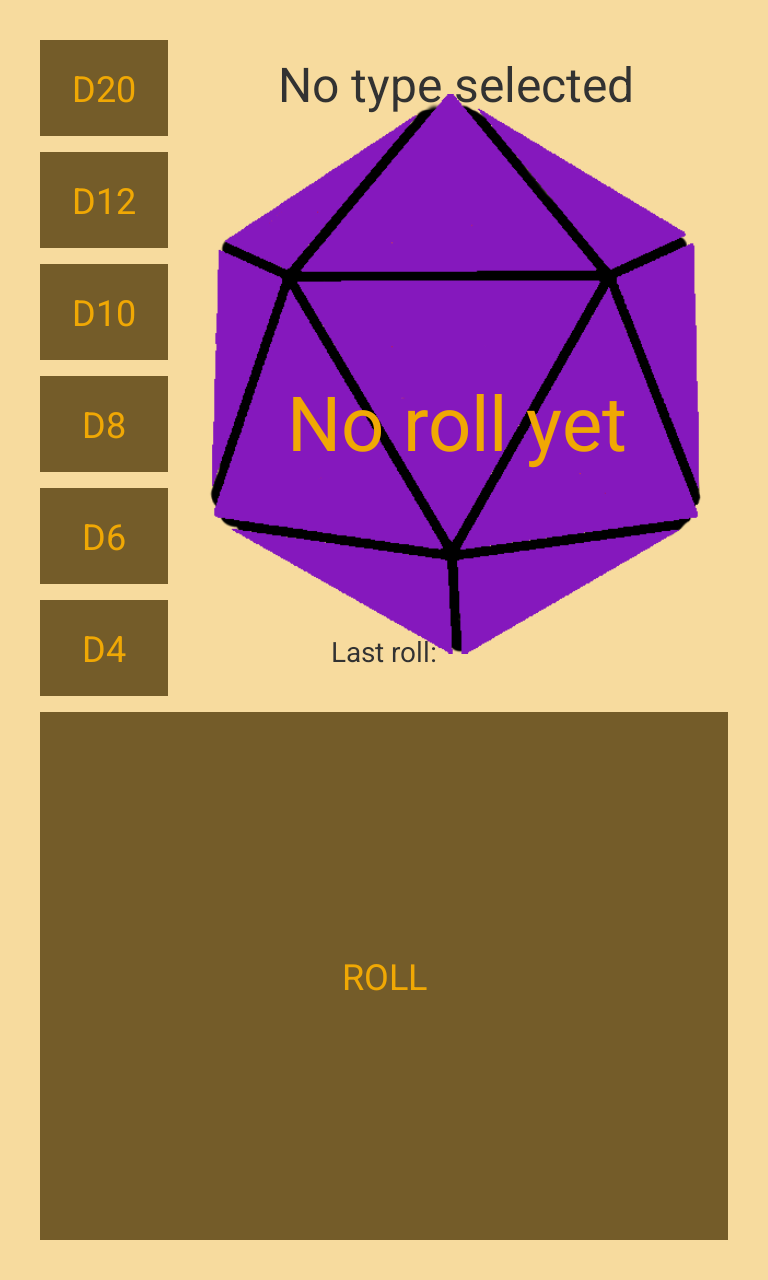
Repository: Bjodol/Roller
Layout: Roller3/res/layout/activity_main.xml
An editor plug-in stored every save of this project. The layout is shown before and after the next save, followed by the edit.
It is drawn on a 768 x 1280 px phone screen (xhdpi) without system bars, with theme AppTheme; the app's code is not run. The app's manifest (not shown) leaves right-to-left support off. So textAlignment, textDirection and layoutDirection are ignored, and left and right values win over start and end ones.

Above is the layout before, as saved 2013-08-31 10:02:07.

After the next save:
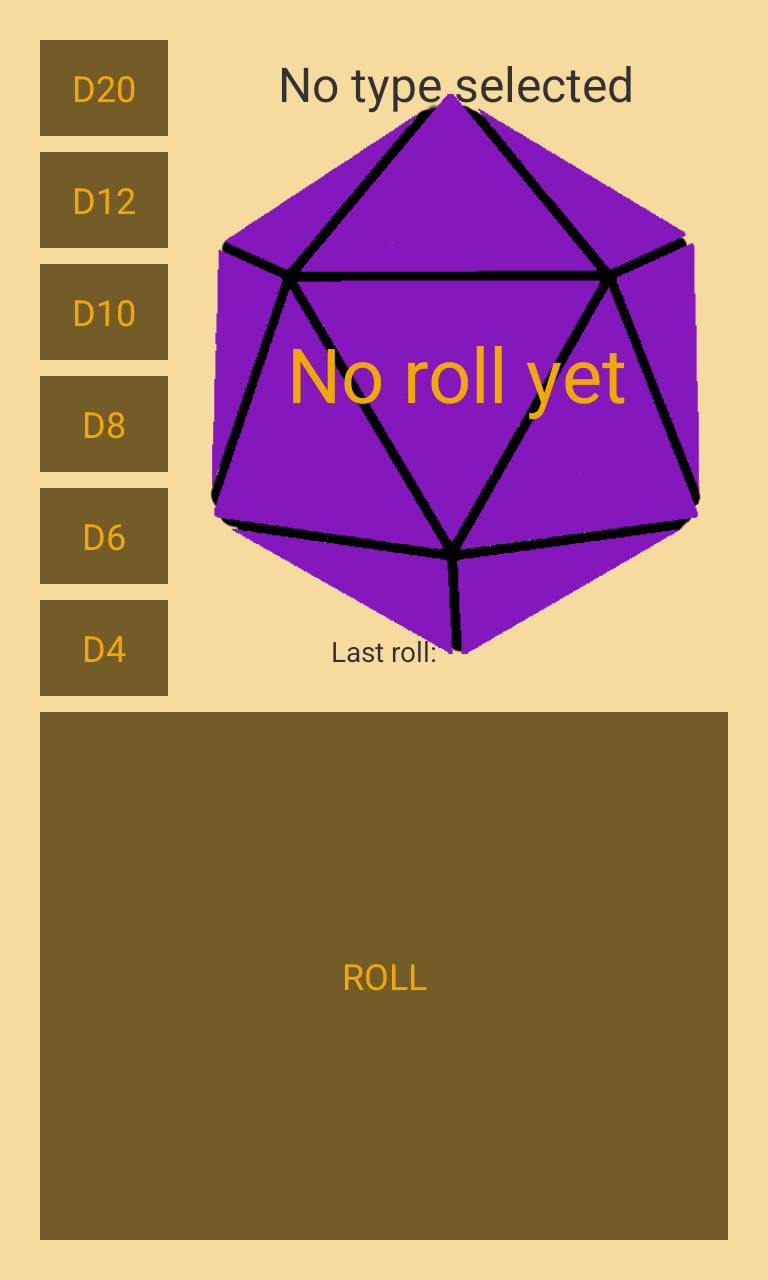
Saved 4 min 2 s later.
--- a/Roller3/res/layout/activity_main.xml
+++ b/Roller3/res/layout/activity_main.xml
@@ -84,7 +84,8 @@
         android:layout_height="wrap_content"
         android:layout_toRightOf="@id/d10"
         android:layout_alignParentRight="true"
-        android:src="@drawable/purple_dice" />
+        android:src="@drawable/purple_dice"
+        />
 
     <Button
         android:id="@+id/roll_button"
@@ -129,7 +130,10 @@
         android:layout_width="match_parent"
         android:layout_height="wrap_content"
         android:layout_toRightOf="@id/d8"
-        android:layout_alignBottom="@id/d8"
+        android:layout_alignLeft="@id/purpleDice"
+        android:layout_alignRight="@id/purpleDice"
+        android:layout_alignBottom="@id/purpleDice"
+        android:layout_alignTop="@id/purpleDice"
 		android:layout_alignParentRight="true"
         android:gravity="center"
         android:text="@string/noRolls"
